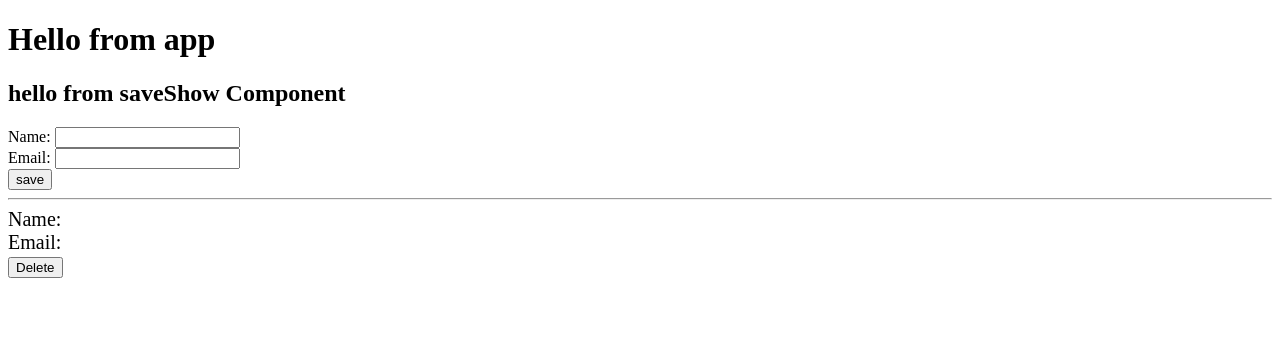
Repository: 1sanjeetsharma/cult-fit-clone
Page: /, after clicking the first element matching `#root > :nth-child(7)`
The author's editor kept a copy of each file at every save. The page is drawn from the files as they stood at one save, then again after the next save.
The browser window is 1280 px wide. The pictures show the whole page.
The project was rebuilt for these pictures with package versions that can differ from the ones it lists, and the page was loaded fresh each time. Also part of the build but not shown: vite.config.js.

Above is the page before, as saved 2023-06-12 16:08:04.

After the next save:
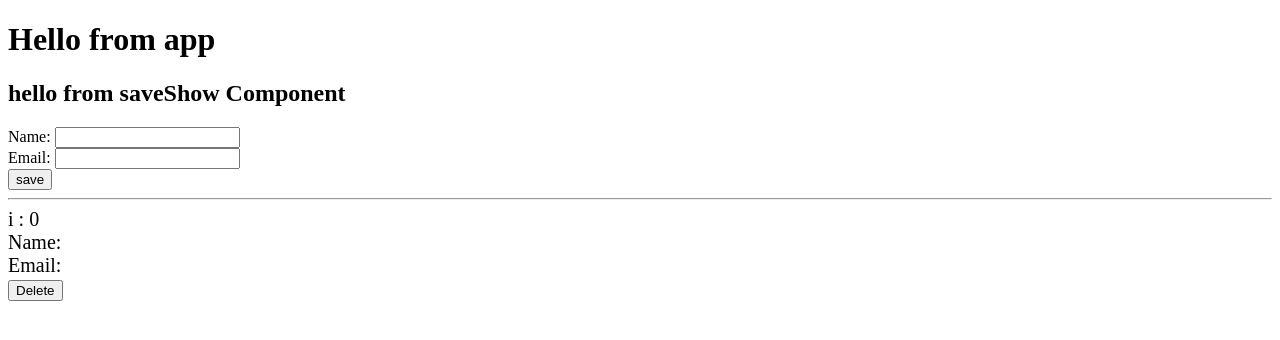
Saved 56 s later.
--- a/src/SaveShow.jsx
+++ b/src/SaveShow.jsx
@@ -47,6 +47,8 @@ class SaveShow extends Component {
         {this.state.arr.map((row, i) => {
           return (
             <div className="box" key={i}>
+              i : {i}
+              <br />
               Name: {row.name}
               <br />
               Email: {row.email}
